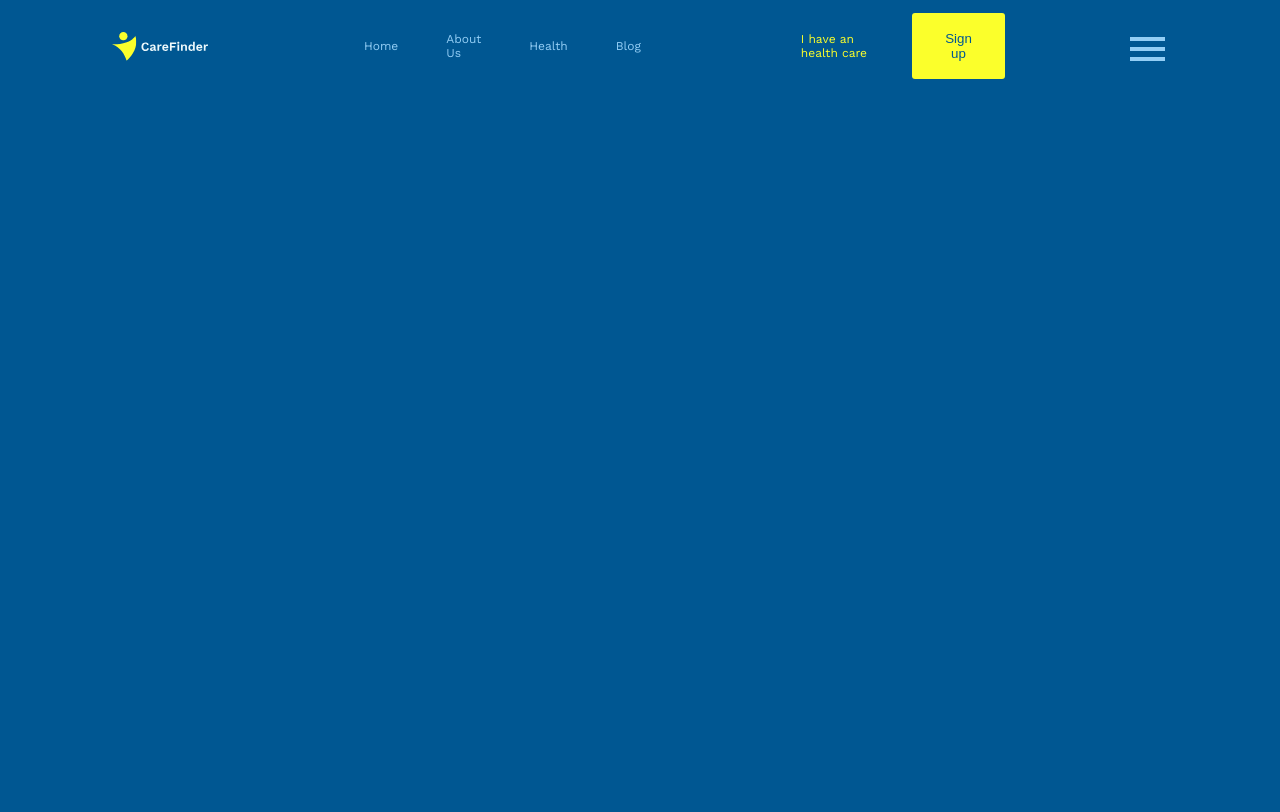
Repository: PreciousOritsedere/Carefinder-App
Page: /
These files come from the project's save history. The page is drawn as it stood at one moment and after a run of saves; the edit follows.
The browser window is 1280 px wide. The pictures show the whole page.
The project was rebuilt for these pictures with package versions that can differ from the ones it lists, and the page was loaded fresh each time. The framework's server and built-in components were replaced by stand-ins that run in the browser. Also part of the build but not shown: next.config.js, src/Components/Nav_Menu/NavMenu.js.

Above is the page before, as saved 2023-06-12 19:46:56.

### src/app/layout.js
// use client


import "./globals.css";
import { Work_Sans } from "next/font/google";
import Navbar from "@/Components/Nav/Navbar";

const work_sans = Work_Sans({ subsets: ["latin"] });

export const metadata = {
  title: "Carefinder",
  description: "Generated by create next app",
};

export default function RootLayout({ children }) {
  return (
    <html lang="en">
      <body className={work_sans.className}>
        <Navbar />
        {children}
      </body>
    </html>
  );
}

### src/app/page.js
import Image from 'next/image'
import styles from './page.module.css'

export default function Home() {
  return (
    <main className={styles.main}>
      <div className={styles.description}>

      </div>
    </main>
  )
}

### src/app/globals.css
@import url('https://fonts.googleapis.com/css2?family=Work+Sans&display=swap');

*, *::before, *::after {
  box-sizing: border-box;
  margin: 0;
  padding: 0;
}

body {
  font-family: 'Work Sans', sans-serif;
  background-color: #005792;
}

### src/Components/Nav/Navbar.js
"use client";
import React from "react";
import { useState } from "react";
import styles from "./Nav.module.css";
import Image from "next/image";
import Logo from "@/assets/nav/logo.svg";
import Hamburger from "@/assets/nav/hamburger.svg";
import Cancel from "@/assets/nav/cancel.svg";
import NavMenu from "@/Components/Nav_Menu/NavMenu";

function Navbar() {
  const [showMenu, setShowMenu] = useState(false);

  const handleMenuToggle = () => {
    setShowMenu(!showMenu);
  };

  return (
    <nav className={styles.nav}>
      <Image src={Logo} alt="Logo" />

      <div className={styles.desktop_menu}>
            <ul>
              <li>Home</li>
              <li>About Us</li>
              {/* <li>Drugs</li> */}
              <li>Health</li>
              <li>Blog</li>
            </ul>
            <div className={styles.nav_signup}>
              <p>I have an health care </p>
              <button>Sign up</button>
            </div>
          </div>
      <div>
        {showMenu ? (
          <Image src={Cancel} alt="Menu" onClick={handleMenuToggle} />
        ) : (
          <Image
            src={Hamburger}
            alt="Menu"
            className={styles.hamburger}
            onClick={handleMenuToggle}
          />
        )}
      </div>

      {showMenu ? <NavMenu /> : null}
    </nav>
  );
}

export default Navbar;

### src/Components/Nav/Nav.module.css
.nav {
  display: flex;
  align-items: center;
  /* gap: 136px; */
  justify-content: space-between;
  padding: 8px 16px;
}

.hamburger {
  position: relative;
  top: 5px;
  right: 5px;
}

.nav_menu {
  position: absolute;
  left: 70%;
  right: 0;
  top: 50px;
  background-color: #93cef5;
  margin: 10px;
  padding: 12px;
  font-size: 14px;
  font-weight: 400;
  border-radius: 6px;
}

.desktop_menu {
  display: none;

  font-size: 12px;
  font-weight: 400;
  color: #93cef5;
}

.desktop_menu ul {
  display: flex;
  align-items: center;
  list-style: none;
}

.desktop_menu ul li {
  padding: 32px 24px;
}

.nav_signup {
  display: flex;
  align-items: center;
  justify-content: space-between;
  gap: 32px;
  color: #fbff2b;
  /* width: 100%; */
}

.nav_signup button {
  padding: 18px 32px;
  background-color: #fbff2b;
  color: #005792;
  border-radius: 3px;
  border: none;
}

@media screen and (min-width: 768px) {
  .nav {
    display: flex;
    align-items: center;
    gap: 130px;
    padding: 0 110px;
  }

  .desktop_menu {
    display: flex;
    align-items: center;
    /* justify-content: space-between; */
    gap: 136px;
  }
}

Loaded but not shown: src/app/page.module.css (common file)

After the next 3 saves:
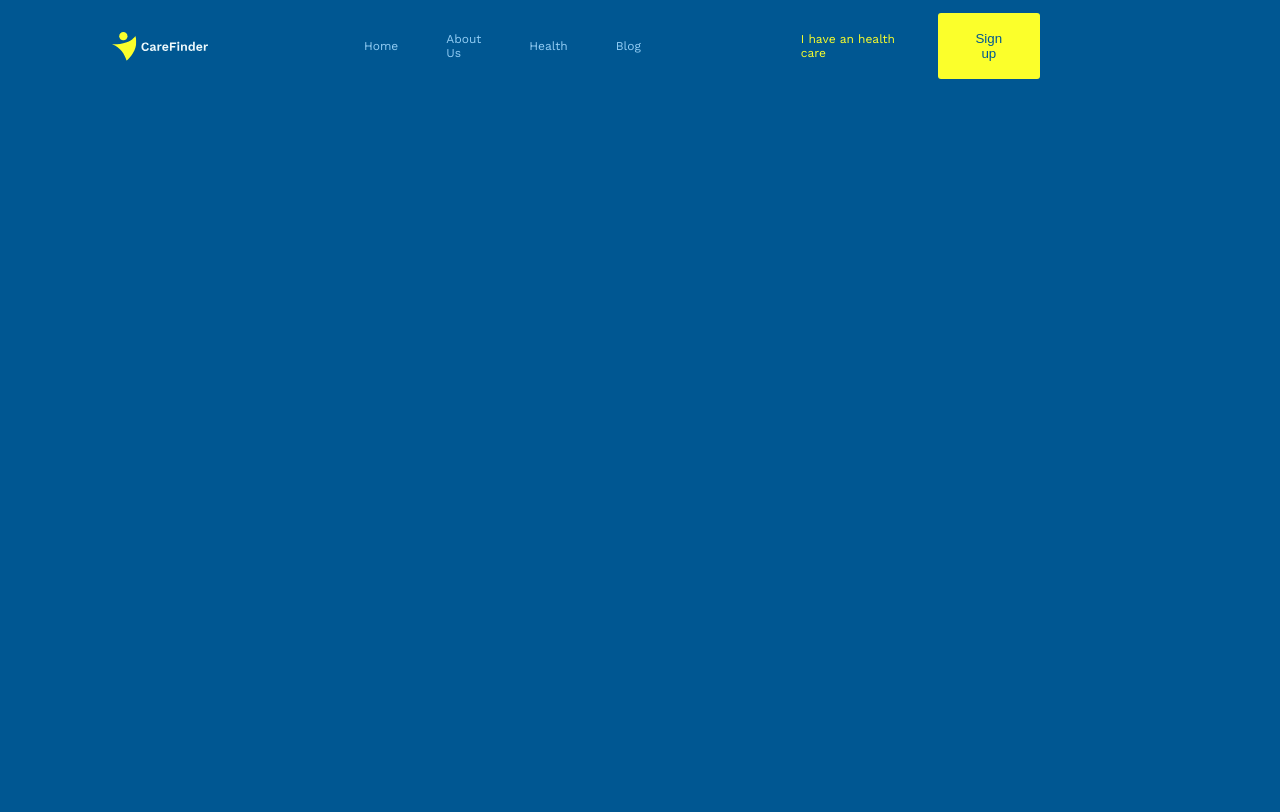
The 3 saves are shown as one change because they came seconds apart.
The last was saved 28 s later.
--- a/src/Components/Nav/Nav.module.css
+++ b/src/Components/Nav/Nav.module.css
@@ -74,4 +74,8 @@
     /* justify-content: space-between; */
     gap: 136px;
   }
+
+  .hamburger {
+    display: none;
+  }
 }
